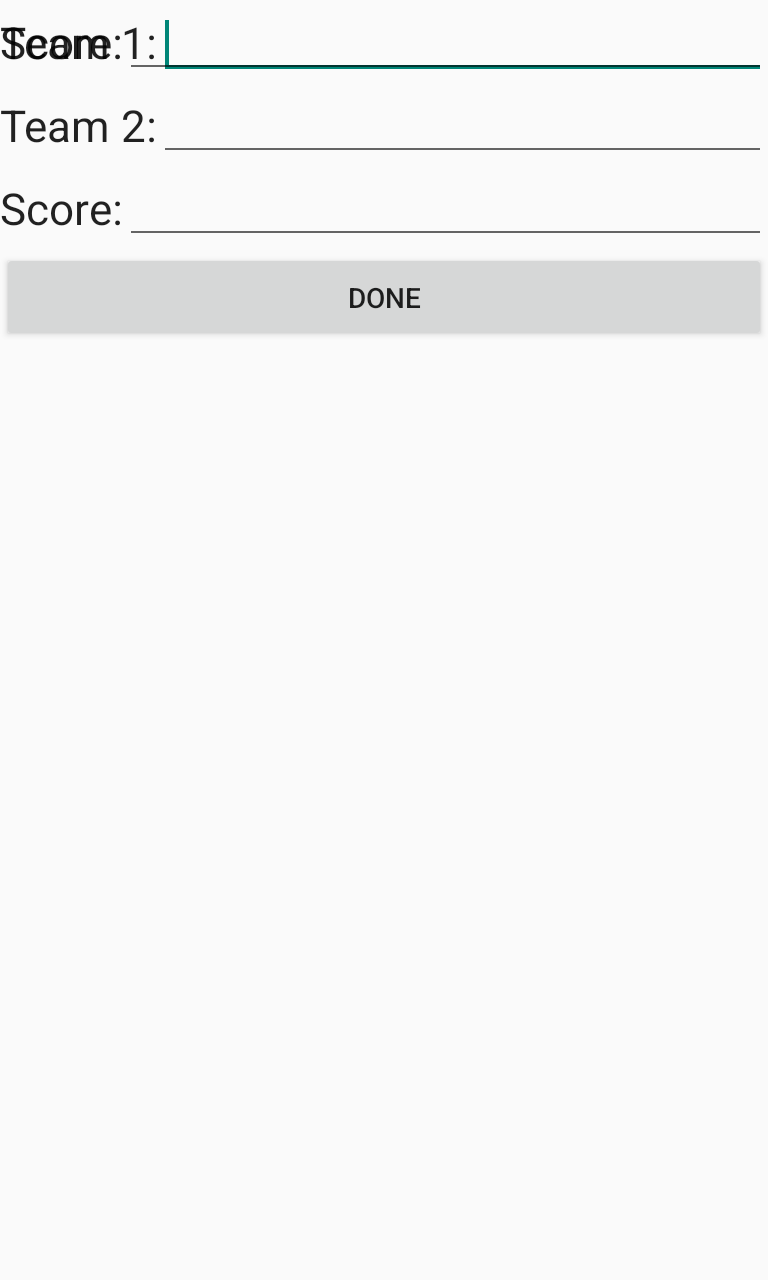
Repository: charlesweng/school
Layout: simpleandroidapps/GettingToKnowUIActivities/charleswengScoringProject/charleswengScoring/res/layout/fragment_teamdialog.xml
These files come from the project's save history. The layout is drawn as it stood at one moment and after the next save; the edit follows.
It is drawn on a 768 x 1280 px phone screen (xhdpi) without system bars, with theme AppTheme; the app's code is not run.

Above is the layout before, as saved 2014-04-26 15:45:19.

After the next save:
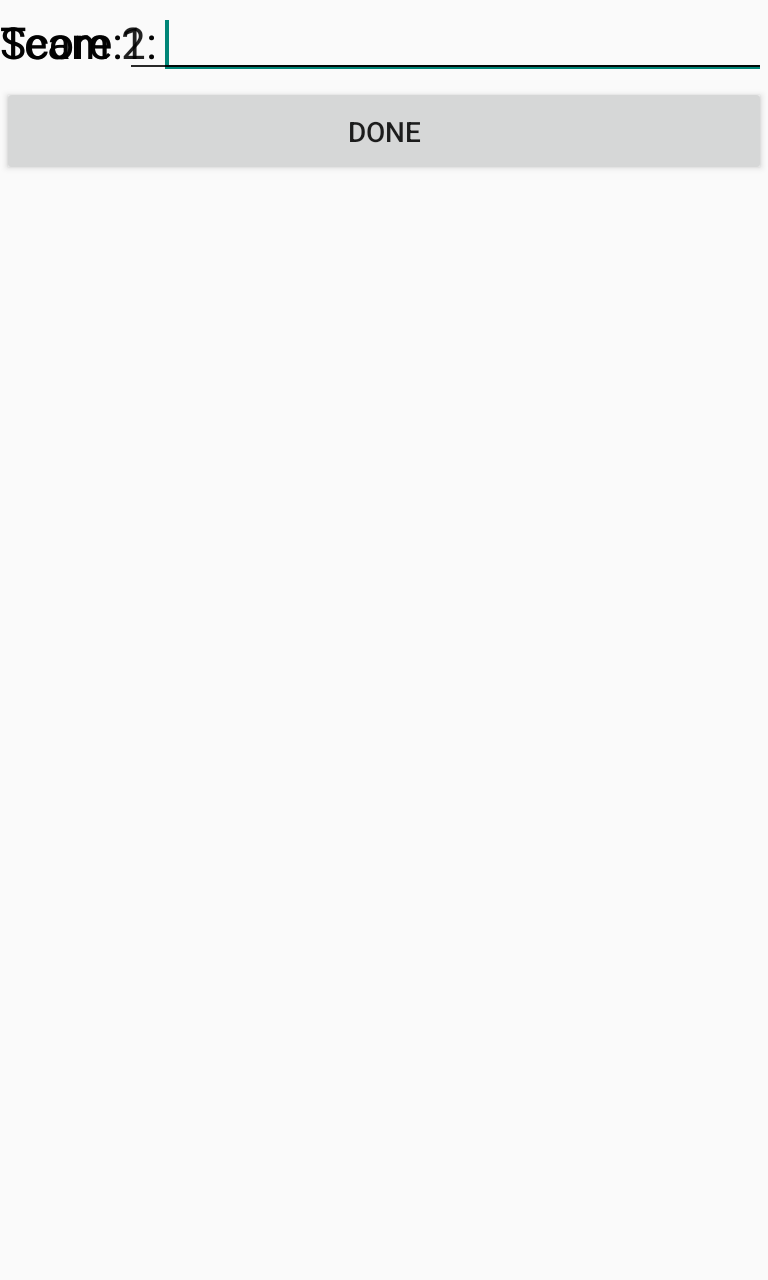
Saved 77 s later.
--- a/simpleandroidapps/GettingToKnowUIActivities/charleswengScoringProject/charleswengScoring/res/layout/fragment_teamdialog.xml
+++ b/simpleandroidapps/GettingToKnowUIActivities/charleswengScoringProject/charleswengScoring/res/layout/fragment_teamdialog.xml
@@ -32,7 +32,11 @@
 
     </LinearLayout>
 
-
+    <LinearLayout
+     	android:id="@+id/line1"
+     	android:layout_width="match_parent"
+    	android:layout_height="match_parent"
+        >
     <TextView
         android:id="@+id/team2name"
         android:layout_width="wrap_content"
@@ -42,7 +46,17 @@
         android:layout_alignParentLeft="true"
         android:text="@string/team_2_edit"
         android:textAppearance="?android:attr/textAppearanceLarge" />
-
+    <EditText
+        android:id="@+id/editTeam2"
+        android:layout_width="fill_parent"
+        android:layout_height="wrap_content"
+        android:layout_alignParentRight="true"
+        android:layout_below="@+id/editScore1"
+        android:layout_toRightOf="@+id/team2name"
+        android:inputType="text"
+        android:ems="10" >
+    </EditText>
+    </LinearLayout>
     <TextView
         android:id="@+id/team1score"
         android:layout_width="wrap_content"
@@ -65,16 +79,6 @@
 
 
 
-    <EditText
-        android:id="@+id/editTeam2"
-        android:layout_width="fill_parent"
-        android:layout_height="wrap_content"
-        android:layout_alignParentRight="true"
-        android:layout_below="@+id/editScore1"
-        android:layout_toRightOf="@+id/team2name"
-        android:inputType="text"
-        android:ems="10" >
-    </EditText>
 
     <EditText
         android:id="@+id/editScore1"
